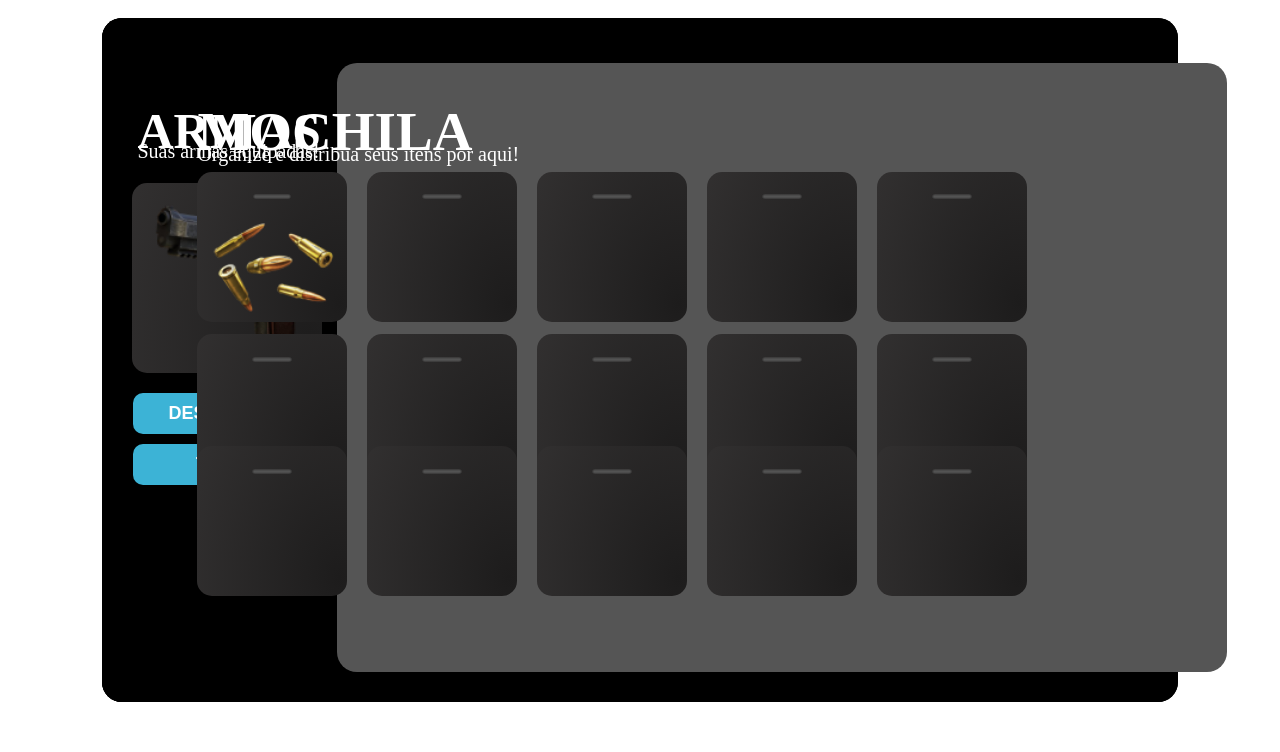
Repository: DuMCorrea/Mochila
Page: index.html
The author's editor kept a copy of each file at every save. The page is drawn from the files as they stood at one save, then again after a run of saves.
The browser window is 1280 px wide. The pictures show the whole page.
Some web fonts or font styles are not loaded; a fallback is used.

Above is the page before, as saved 2024-09-02 23:01:00.

### index.html
<!DOCTYPE html>
<html lang="pt-BR">
<head>
    <meta charset="UTF-8">
    <meta name="viewport" content="width=device-width, initial-scale=1.0">
    <link href="https://fonts.googleapis.com/css2?family=Baloo+Bhai+2&display=swap" rel="stylesheet">
    <title>Modelo de Tela</title>
    <link rel="stylesheet" href="styles.css">
</head>
<body>
    <div class="container">
        <div class="background-rectangle">
            <div class="left-div">
                <div class="content-left">
                    <h1>ARMAS</h1>
                    <p>Suas armas equipadas!</p>
                    <div class="image-container">
                        <img src="assets/ARMA.png" alt="Imagem" />
                    </div>
                    <button class="desequipar-btn">DESEQUIPAR</button>
                    <button class="todas">TODAS</button>
                </div>
            </div>
            <div class="right-div">
                <div class="content-right">
                    <h1>MOCHILA</h1>
                    <p>Organize e distribua seus itens por aqui!</p>
                    <div class="squares-container">
                        <div class="square">
                            <img src="assets/traco.png" alt="Imagem" class="square-image-unic">
                            <img src="assets/balas.png" alt="Imagem" class="shots-image">
                        </div>
                        <div class="square">
                            <img src="assets/traco.png" alt="Imagem" class="square-image">
                        </div>
                        <div class="square">
                            <img src="assets/traco.png" alt="Imagem" class="square-image">
                        </div>
                        <div class="square">
                            <img src="assets/traco.png" alt="Imagem" class="square-image">
                        </div>
                        <div class="square">
                            <img src="assets/traco.png" alt="Imagem" class="square-image">
                        </div>
                    </div>
                    <!-- Segunda linha de quadrados -->
                    <div class="squares-containerr">
                        <div class="square">
                            <img src="assets/traco.png" alt="Imagem" class="square-image">
                        </div>
                        <div class="square">
                            <img src="assets/traco.png" alt="Imagem" class="square-image">
                        </div>
                        <div class="square">
                            <img src="assets/traco.png" alt="Imagem" class="square-image">
                        </div>
                        <div class="square">
                            <img src="assets/traco.png" alt="Imagem" class="square-image">
                        </div>
                        <div class="square">
                            <img src="assets/traco.png" alt="Imagem" class="square-image">
                        </div>
                    </div>

                    <!-- Terceira linha de quadrados -->
                    <div class="squares-containerrr">
                        <div class="square">
                            <img src="assets/traco.png" alt="Imagem" class="square-image">
                        </div>
                        <div class="square">
                            <img src="assets/traco.png" alt="Imagem" class="square-image">
                        </div>
                        <div class="square">
                            <img src="assets/traco.png" alt="Imagem" class="square-image">
                        </div>
                        <div class="square">
                            <img src="assets/traco.png" alt="Imagem" class="square-image">
                        </div>
                        <div class="square">
                            <img src="assets/traco.png" alt="Imagem" class="square-image">
                        </div>
                    </div>
                </div>
            </div>
        </div>
    </div>
</body>
</html>

### styles.css
body, html {
    margin: 0;
    padding: 0;
    width: 100%;
    height: 100%;
    display: flex;
    justify-content: center;
    align-items: center;
    background-color: white; /* Fundo preto para o body */
    font-family: 'Baloo Bhai 2', cursive; /* Aplicando a fonte Baloo Bhai */
}

.container {
    width: 84%; /* Largura da div principal */
    height: 95%; /* Altura da div principal */
    display: flex;
    justify-content: center;
    align-items: center;
    background-color: #000000; /* Fundo preto para a div principal */
    border-radius: 20px; /* Canto arredondado */
    font-family: 'Baloo Bhai 2', cursive; /* Aplicando a fonte Baloo Bhai */
}

.background-rectangle {
    width: 100%;
    height: 100%;
    background: #000000; /* Fundo preto para o retângulo principal */
    border-radius: 20px; /* Cantos arredondados */
    display: flex;
}

.left-div {
    width: 22%; /* 25% da largura da tela */
    height: 100%;
    background-color: #000000; /* Fundo preto para a div esquerda */
    display: flex;
    justify-content: center;
    align-items: center;
    border-radius: 20px 0 0 20px; /* Canto arredondado à esquerda */
    font-family: 'Baloo Bhai 2', cursive; /* Aplicando a fonte Baloo Bhai */
}

.right-div {
    width: calc(110% - 20px); /* 73% da largura da tela menos a margem */
    height: calc(92% - 20px); /* 95% da altura menos a margem */
    background-color: #555555; /* Fundo cinza para a div direita */
    display: flex;
    justify-content: center;
    align-items: center;
    margin: 45px; /* Margem em torno da div da direita */
    border-radius: 20px; /* Cantos arredondados */
    font-family: 'Baloo Bhai 2', cursive; /* Aplicando a fonte Baloo Bhai */
}


/* DIV DA ESQUERDA */

.content-left {
    text-align: justify; /* Justifica o texto */
    display: flex;
    flex-direction: column;
    justify-content: flex-start; /* Alinha os elementos ao topo da div */
    align-items: center; /* Centraliza horizontalmente */
    height: 100%; /* Ocupa toda a altura da div esquerda */
    padding-top: 100px; /* Adiciona um espaçamento do topo */
}

.left-div h1 {
    color: white; /* Cor branca para o título */
    font-size: 50px; /* Tamanho da fonte do título */
    margin-bottom: -20px; /* Espaçamento negativo para aproximar o parágrafo */
    font-weight: 900;
    width: 100%; /* Para garantir que a justificação funcione */
    text-align: justify; /* Justifica o texto do título */
    position: relative;
    left: 35px;
}

.left-div p {
    color: white; /* Cor branca para a frase */
    font-size: 20px; /* Tamanho da fonte da frase */
    margin-top: 0; /* Remove a margem superior do parágrafo */
    width: 100%; /* Para garantir que a justificação funcione */
    text-align: justify; /* Justifica o texto da frase */
    font-weight: 100;
    position: relative;
    left: 35px;
}

.image-container {
    width: 190px; /* Largura do quadrado */
    height: 190px; /* Altura do quadrado */
    background: radial-gradient(547.21% 823.76% at 94.51% 88.04%, #1D1C1C 0%, #837E7E 100%); /* Fundo com gradiente */
    border-radius: 15px; /* Borda arredondada */
    display: flex;
    justify-content: center;
    align-items: center;
    margin-top: 0px; /* Espaçamento acima da imagem */
    position: relative;
    left: 30px;
}

.image-container img {
    width: 85%; /* Ajusta o tamanho da imagem para caber no container */
    height: 85%; /* Ajusta o tamanho da imagem para caber no container */
    border-radius: 15px; /* Borda arredondada da imagem para combinar com o container */
}

.desequipar-btn {
    margin-top: 20px; /* Espaçamento acima do botão */
    padding: 10px 20px; /* Espaçamento interno do botão */
    background: linear-gradient(90deg, #3CB3D6 49.9%, #1F5E70 100%); /* Fundo com gradiente */
    color: white; /* Cor do texto */
    font-size: 18px; /* Tamanho da fonte */
    font-weight: bold; /* Negrito no texto */
    border: none; /* Remove a borda padrão do botão */
    border-radius: 10px; /* Bordas arredondadas */
    cursor: pointer; /* Cursor de ponteiro ao passar o mouse */
    text-align: center; /* Centraliza o texto no botão */
    width: 189px; /* Largura do botão */
    position: relative;
    left: 30px;
}

.todas {
    margin-top: 10px; /* Espaçamento acima do botão */
    padding: 10px 20px; /* Espaçamento interno do botão */
    background: linear-gradient(90deg, #3CB3D6 49.9%, #1F5E70 100%); /* Fundo com gradiente */
    color: white; /* Cor do texto */
    font-size: 18px; /* Tamanho da fonte */
    font-weight: bold; /* Negrito no texto */
    border: none; /* Remove a borda padrão do botão */
    border-radius: 10px; /* Bordas arredondadas */
    cursor: pointer; /* Cursor de ponteiro ao passar o mouse */
    text-align: center; /* Centraliza o texto no botão */
    width: 189px; /* Largura do botão */
    position: relative;
    left: 30px;
}


/* DIV DA DIREITA */


.content-right {
    display: flex;
    flex-direction: column;
    justify-content: flex-start; /* Alinha os elementos ao topo da div */
    align-items: flex-start; /* Alinha os elementos à esquerda */
    height: 100%; /* Ocupa toda a altura da div direita */
    padding: 20px; /* Adiciona um espaçamento interno */
}

.right-div h1 {
    color: white; /* Cor branca para o título */
    font-size: 55px; /* Tamanho da fonte do título */
    margin-bottom: -20px; /* Espaçamento negativo para aproximar o parágrafo */
    font-weight: 900;
    width: 100%; /* Para garantir que a justificação funcione */
    text-align: left; /* Alinha o texto à esquerda */
    position: relative; /* Posicionamento relativo para o elemento abaixo */
    right: 160px;
}

.right-div p {
    color: white; /* Cor branca para a frase */
    font-size: 20px; /* Tamanho da fonte da frase */
    margin-top: 0; /* Remove a margem superior do parágrafo */
    width: 100%; /* Para garantir que a justificação funcione */
    text-align: left; /* Alinha o texto à esquerda */
    font-weight: 100;
    position: relative; /* Posicionamento relativo para o elemento abaixo */
    right: 160px;
}

.squares-container {
    display: flex; /* Exibe os quadrados em linha */
    justify-content: center; /* Centraliza os quadrados horizontalmente */
    align-items: center; /* Centraliza os quadrados verticalmente */
    width: 100%; /* Largura total para o contêiner */
    height: 50%; /* Altura do contêiner */
    position: relative;
    right: 170px;
    bottom: 20px;
    margin-bottom: 0px; /* Reduz o espaçamento entre as linhas de quadrados */
}
.squares-containerr {
    display: flex; /* Exibe os quadrados em linha */
    justify-content: center; /* Centraliza os quadrados horizontalmente */
    align-items: center; /* Centraliza os quadrados verticalmente */
    width: 100%; /* Largura total para o contêiner */
    height: 50%; /* Altura do contêiner */
    position: relative;
    right: 170px;
    bottom: 20px;
    margin-bottom: 0px; /* Reduz o espaçamento entre as linhas de quadrados */
}
.squares-containerrr {
    display: flex; /* Exibe os quadrados em linha */
    justify-content: center; /* Centraliza os quadrados horizontalmente */
    align-items: center; /* Centraliza os quadrados verticalmente */
    width: 100%; /* Largura total para o contêiner */
    height: 50%; /* Altura do contêiner */
    position: relative;
    right: 170px;
    bottom: 70px;
}

.square {
    width: 150px; /* Largura dos quadrados */
    height: 150px; /* Altura dos quadrados */
    background: radial-gradient(547.21% 823.76% at 94.51% 88.04%, #1D1C1C 0%, #837E7E 100%); /* Gradiente de fundo */
    border-radius: 15px; /* Bordas arredondadas */
    margin: 0 10px 0px 10px; /* Espaçamento entre os quadrados e entre as linhas */
    display: flex;
    justify-content: center; /* Centraliza horizontalmente o conteúdo */
    align-items: center; /* Centraliza verticalmente o conteúdo */
}

.square-image {
    width: 40px; /* Tamanho da imagem dentro dos quadrados */
    height: 5px;
    position: relative;
    bottom: 50px;
}

.square-image-unic {
    width: 40px; /* Tamanho da imagem dentro dos quadrados */
    height: 5px;
    position: relative;
    bottom: 50px;
    left: 67px;
}

.shots-image {
    width: 90%; /* Tamanho da imagem dentro dos quadrados */
    height: 60%;
    position: relative;
    top: 20px;
    right: 20px;
}

After the next 2 saves:
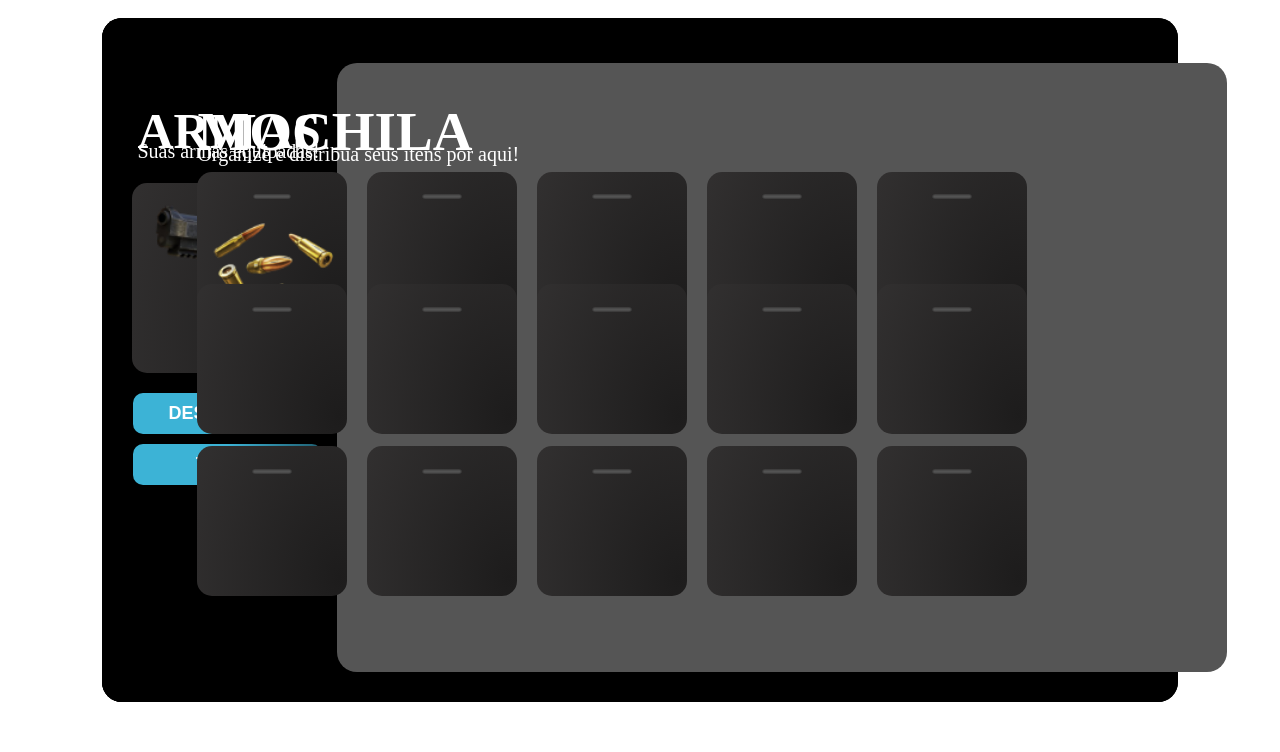
The 2 saves are shown as one change because they came seconds apart.
The last was saved 8 s later.
--- a/styles.css
+++ b/styles.css
@@ -192,8 +192,8 @@ body, html {
     height: 50%; /* Altura do contêiner */
     position: relative;
     right: 170px;
-    bottom: 20px;
-    margin-bottom: 0px; /* Reduz o espaçamento entre as linhas de quadrados */
+    bottom: 70px;
+
 }
 .squares-containerrr {
     display: flex; /* Exibe os quadrados em linha */
